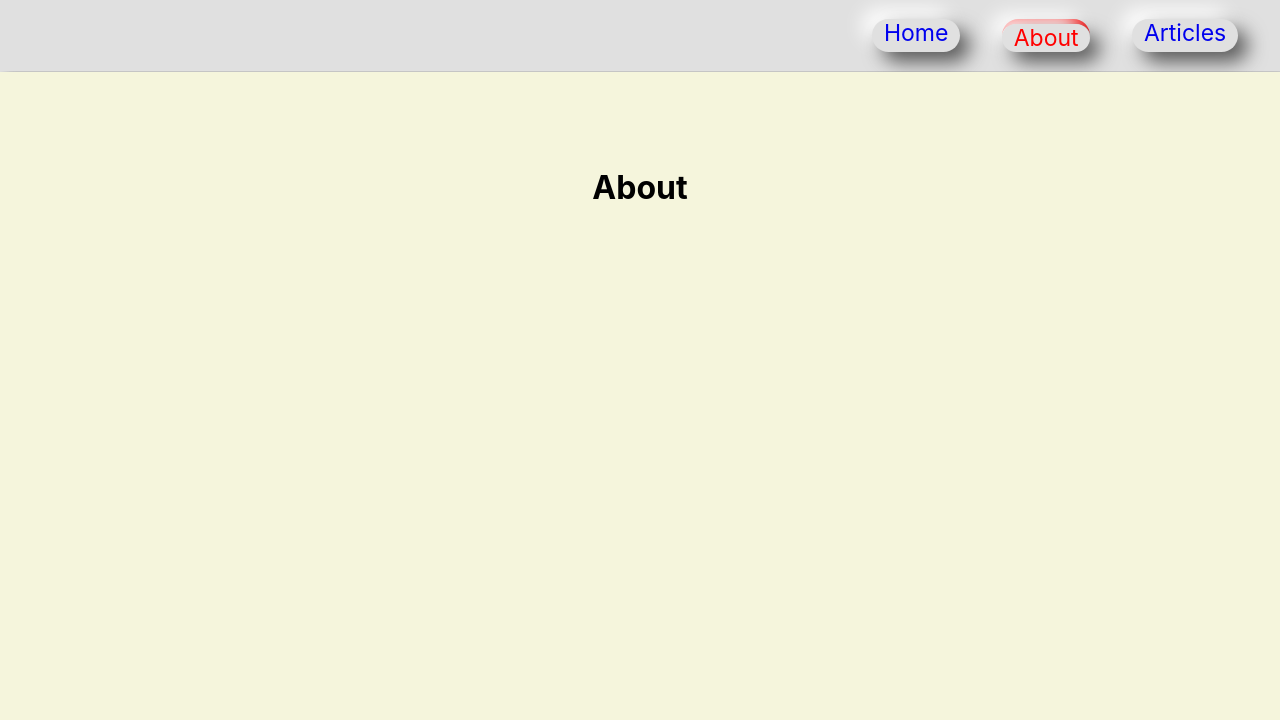
Repository: ShindanoSingi/react-software-architecture-course
Page: /about
These files come from the project's save history. The page is drawn as it stood at one moment and after the next save; the edit follows.
The browser window is 1280 px wide. The pictures show the whole page.
The project was rebuilt for these pictures with package versions that can differ from the ones it lists, and the page was loaded fresh each time. Also part of the build but not shown: src/pages/Home.js, src/pages/Articles.js.

Above is the page before, as saved 2022-12-25 21:02:24.

After the next save:
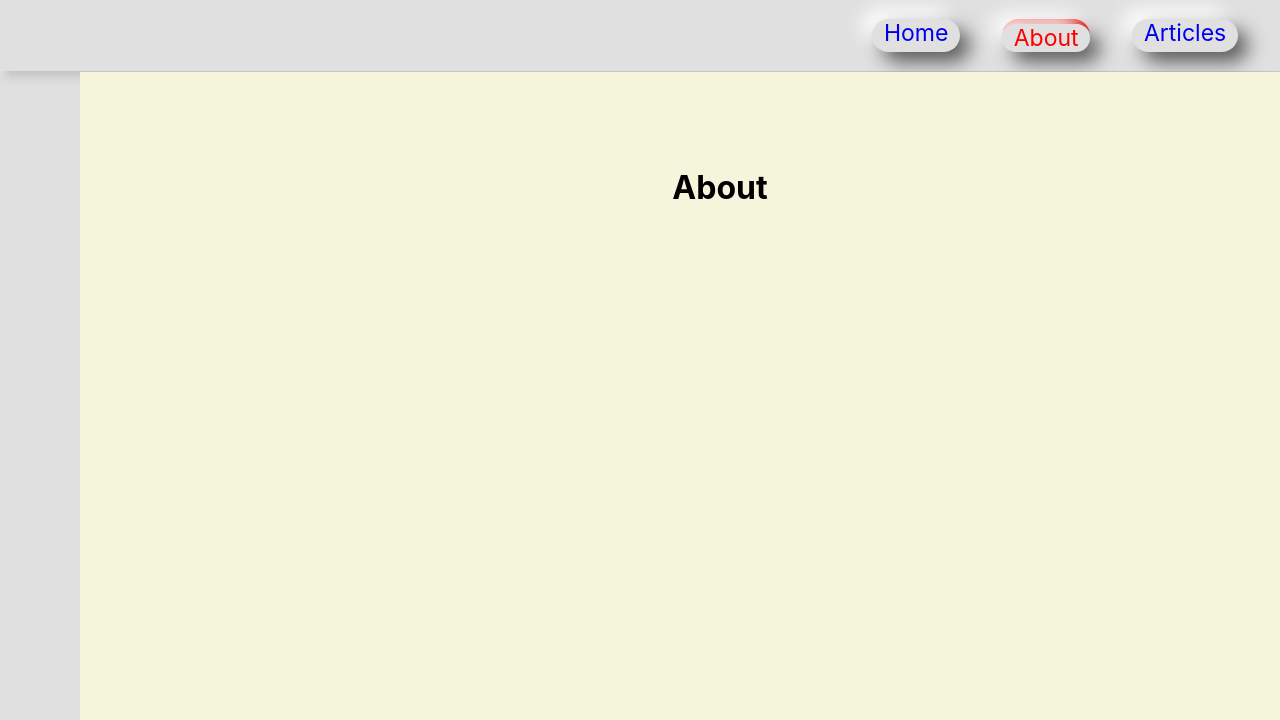
Saved 27 s later.
--- a/src/App.css
+++ b/src/App.css
@@ -43,6 +43,7 @@ a {
 .container {
     position: fixed;
     top: 4.5em;
+    left: 5em;
     width: 80em;
     background-color: beige;
     margin: 0 auto;
